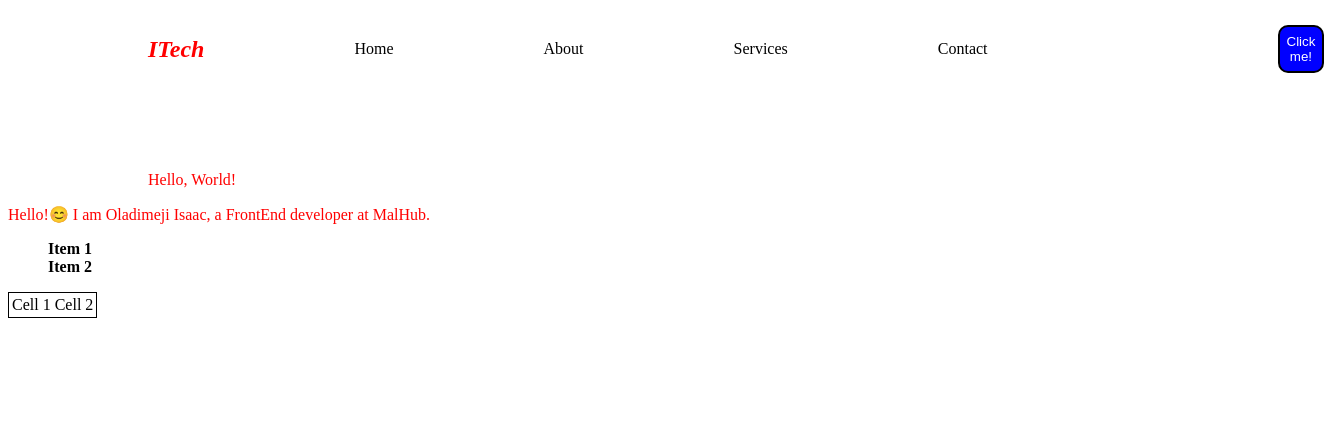
Repository: isaacCodes1/Calculator-with-js
Page: Assigment.html
An editor plug-in stored every save of this project. The page is shown before and after a run of saves, followed by the edit.
The browser window is 1280 px wide. The page is 1338 px wide, then 1280 px, so the pictures cover 1338 px, including what lies to the right of the window. The pictures show the whole page.

Above is the page before, as saved 2024-05-22 22:30:21.

### Assigment.html
        <!DOCTYPE html>
        <html lang="en">
        <head>
                <meta charset="UTF-8">
                <meta name="viewport" content="width=device-width, initial-scale=1.0">
                <title>Document</title>
        </head>
        <body>
                <!-- Assignment:- Give Ten examples of using the .style property -->
                <nav>
                        <ul id="lists">
                                <h1 id="logo">ITech</h1>
                                <li class="lis">Home</li>
                                <li class="lis">About</li>
                                <li class="lis">Services</li>
                                <li class="lis">Contact</li>
                                <button onclick="alert('Clicked!')" id="but">Click me!</button>
                        </ul>
                </nav>
                <h1 id="para"><marquee behavior="" direction="">JAVASCRIPT!!</marquee></h1>
                <p id="paragraph">Hello, World!</p>
                <p id="para1">Hello!😊 I am Oladimeji Isaac, a FrontEnd developer at MalHub.</p>
                <ul id="list"><li class="lis">Item 1</li><li class="lis">Item 2</li></ul>
                <table id="table">
                        <tr>
                        <td>Cell 1</td>
                        <td>Cell 2</td>
                        </tr>
                </table>
                <script>
                document.getElementById("paragraph").style.color = "red";
                document.getElementById("paragraph").style.marginLeft = "140px";
                document.getElementById("para").style. color = "blue";
                document.getElementById("but").style.padding = "7px";
                document.getElementById("but").style.marginLeft = "140px";
                document.getElementById("but").style.borderRadius = "10px";
                document.getElementById("but").style.border = "2px solid black";
                document.getElementById("but").style.backgroundColor = "blue";
                document.getElementById("but").style.color = "white";
                document.getElementById("para1").style.color = "red";
                document.getElementById("list").style.listStyleType = "none";
                document.getElementById("list").style.fontWeight = "bold";
                document.getElementById("table").style.border = "1px solid black";
                document.getElementById("lists").style.listStyleType = "none";
                document.getElementById("lists").style.display = "flex";
                document.getElementById("lists").style.marginLeft = "100px";
                document.getElementById("lists").style.alignItems = "center";
                document.getElementById("lists").style.gap ="150px";
                document.getElementById("logo").style.color = "red";
                document.getElementById("logo").style.fontWeight = "bold";
                document.getElementById("logo").style.fontStyle = "italic";
                document.getElementById("logo").style.fontFamily = "cursive";
                document.getElementsByClassName("lis").s
                </script>
        </body>
        </html>

After the next 2 saves:
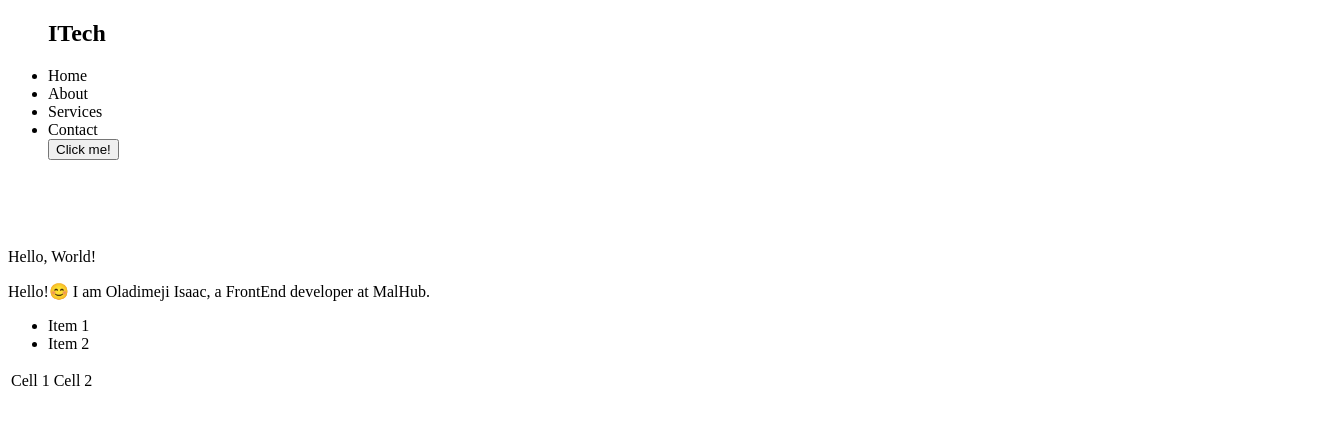
Console error: SyntaxError: Unexpected end of input
The 2 saves are shown as one change because they came seconds apart.
The last was saved 8 s later.
--- a/Assigment.html
+++ b/Assigment.html
@@ -50,7 +50,7 @@
                 document.getElementById("logo").style.fontWeight = "bold";
                 document.getElementById("logo").style.fontStyle = "italic";
                 document.getElementById("logo").style.fontFamily = "cursive";
-                document.getElementsByClassName("lis").s
+                document.getElementsByClassName(".lis").
                 </script>
         </body>
         </html>
